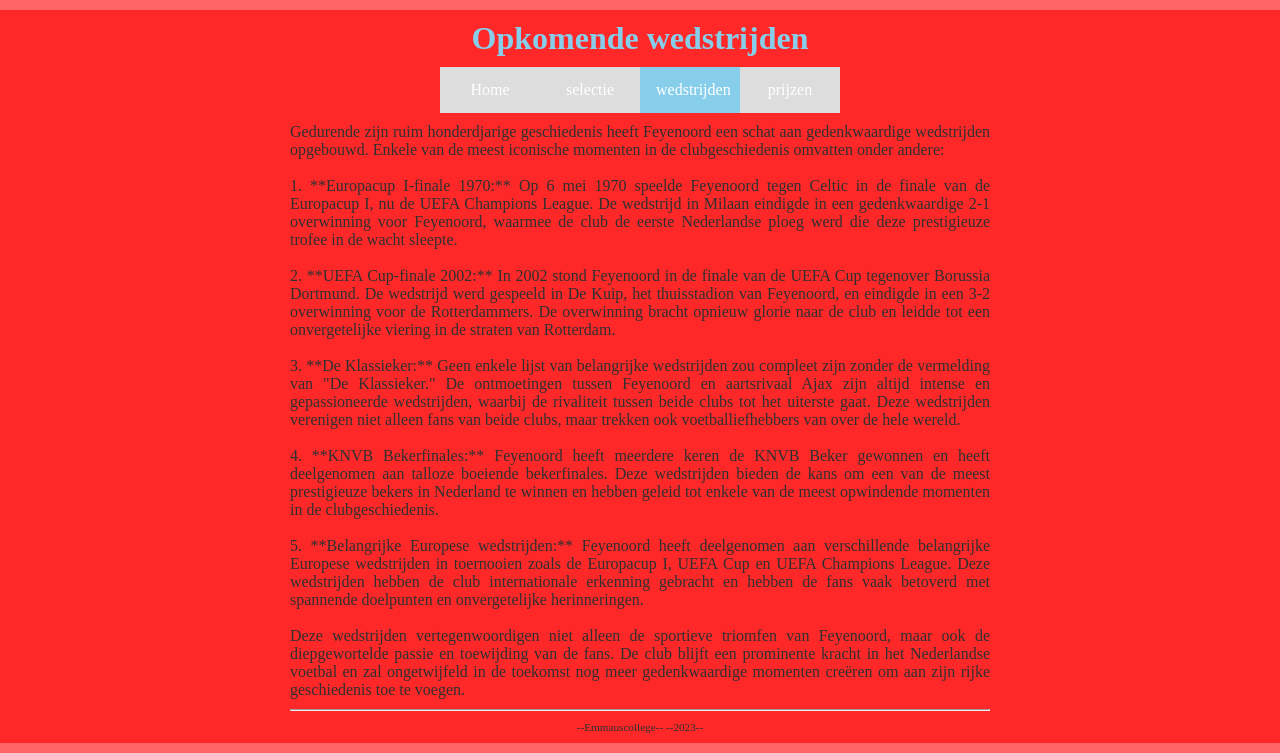
Repository: Manoize/ManoIze
Page: info.html
The author's editor kept a copy of each file at every save. The page is drawn from the files as they stood at one save, then again after the next save.
The browser window is 1280 px wide. The pictures show the whole page.

Above is the page before, as saved 2023-10-24 10:21:22.

### info.html
<!DOCTYPE html>

<html lang="nl">

<head>
  <link rel="stylesheet" href="style.css" />
  <title>Dit is een eenvoudige website</title>
  <meta charset="UTF-8" />
</head>

<body>
  <div class="page">

    <header>
      <h1>Opkomende wedstrijden</h1>
    </header>

    <nav>
      <ul>
        <li><a  href="index.html">Home</a></li>
        <li><a href="overmij.html">selectie</a></li>
        <li><a class="active" href="info.html">wedstrijden</a></li>
        <li><a href="prijzen.html">prijzen</a></li>
      </ul>
    </nav>

    <main>
      <p>Gedurende zijn ruim honderdjarige geschiedenis heeft Feyenoord een schat aan gedenkwaardige wedstrijden opgebouwd. Enkele van de meest iconische momenten in de clubgeschiedenis omvatten onder andere:<br>
        <br>
        1. **Europacup I-finale 1970:** Op 6 mei 1970 speelde Feyenoord tegen Celtic in de finale van de Europacup I, nu de UEFA Champions League. De wedstrijd in Milaan eindigde in een gedenkwaardige 2-1 overwinning voor Feyenoord, waarmee de club de eerste Nederlandse ploeg werd die deze prestigieuze trofee in de wacht sleepte.<br>
        <br>
        2. **UEFA Cup-finale 2002:** In 2002 stond Feyenoord in de finale van de UEFA Cup tegenover Borussia Dortmund. De wedstrijd werd gespeeld in De Kuip, het thuisstadion van Feyenoord, en eindigde in een 3-2 overwinning voor de Rotterdammers. De overwinning bracht opnieuw glorie naar de club en leidde tot een onvergetelijke viering in de straten van Rotterdam.<br>
        <br>
        3. **De Klassieker:** Geen enkele lijst van belangrijke wedstrijden zou compleet zijn zonder de vermelding van "De Klassieker." De ontmoetingen tussen Feyenoord en aartsrivaal Ajax zijn altijd intense en gepassioneerde wedstrijden, waarbij de rivaliteit tussen beide clubs tot het uiterste gaat. Deze wedstrijden verenigen niet alleen fans van beide clubs, maar trekken ook voetballiefhebbers van over de hele wereld.<br>
        <br>
        4. **KNVB Bekerfinales:** Feyenoord heeft meerdere keren de KNVB Beker gewonnen en heeft deelgenomen aan talloze boeiende bekerfinales. Deze wedstrijden bieden de kans om een van de meest prestigieuze bekers in Nederland te winnen en hebben geleid tot enkele van de meest opwindende momenten in de clubgeschiedenis.<br>
        <br>
        5. **Belangrijke Europese wedstrijden:** Feyenoord heeft deelgenomen aan verschillende belangrijke Europese wedstrijden in toernooien zoals de Europacup I, UEFA Cup en UEFA Champions League. Deze wedstrijden hebben de club internationale erkenning gebracht en hebben de fans vaak betoverd met spannende doelpunten en onvergetelijke herinneringen.<br>
        <br>
        Deze wedstrijden vertegenwoordigen niet alleen de sportieve triomfen van Feyenoord, maar ook de diepgewortelde passie en toewijding van de fans. De club blijft een prominente kracht in het Nederlandse voetbal en zal ongetwijfeld in de toekomst nog meer gedenkwaardige momenten creëren om aan zijn rijke geschiedenis toe te voegen.<br> </p>
    </main>

    <footer>
      <hr />
      <p class="smalltext">--Emmauscollege-- --2023--</p>
    </footer>

</div>
</body>

</html>

### style.css
/* Instellingen tussen commentaar zijn handig om fouten te helpen vinden, uncomment om aan te zetten */

/* zorg dat elke box een gestippelde rand krijgt,
   zodat je de afmeting goed kunt zien,
   letop 1: dit kan de layout soms kan wijzigen
   letop 2: laat 1 sterretje voor { staan als je commentaar weghaalt */
/*  * {border: 1px dotted black;}   */

/* zorg dat elke box een doorzichtige donkere achtergrond krijgt,
   hoe meer boxen in elkaar hoe donkerder de achtergrondkleur
   letop: laat 1 sterretje voor { staan als je commentaar weghaalt */
/*  * {background-color: rgba(0,0,0,5%);}  */

/* Basisinstellingen voor alle pagina's, alleen aanpassen als je pro wilt worden */

* {                                        /* geldt voor alles */
  box-sizing: border-box;                  /* zorg dat border meetelt bij de width en height van boxen */
  margin: 0px;                             /* standaard marge 0 */
}

html, body {                      /* geldt voor html en body */
  margin: 0px;                    /* standaard marge 0 */
  background-color: #ff00009a;    /* achtergrondkleur lichtgrijs */
  color: #303030;               /* tekstkleur donkergrijs */
}



body {

}

div {                             /* geldt voor div */
  overflow: hidden;               /* zorgt dat DIV de hoogte krijgt van wat erin zit (anders tellen de floats erin niet mee voor de hoogte en wordt dus wel eens hoogte 0) */
}

/* Indeling voor alle pagina's */

.page {
  width: 700px;                   /* vaste breedte van 700 pixels */
  margin: 10px auto;              /* boven en onder 10 pixels marge, links en rechts marge gelijk verdeeld (gecentreerd) */
}

header, footer {                  /* geldt voor header en footer */
  margin: 10px 0px;
}

main {
  text-align: justify;            /* tekst uitvullen */}

h1, h2, h3 {                      /* geldt voor h1 en h2 en h3 */
  margin: 10px 0px;
  text-align: center;             /* tekst centreren */
}

p {
  margin: 10px 0px;
  text-align: justify;            /* tekst links en rechts uitvullen */
}

img {
  margin: 10px 0px;
}

/* Indeling voor hoofd pagina */

/* .item {} */ /* hier doen we nog niks mee, dat mag je zelf toevoegen */

.item-plaatje {
  float:left;
  width:250px;
  padding-right: 15px; /* zorgt dat plaatje niet tegen tekst komt */
}
.item-tekst {
  float:right;
  width: 450px;
}

/* Indeling voor sub pagina */

/* Opmaak voor alle pagina's */

h1, h2, h3 {
      color: skyblue;
}

.smalltext {
    text-align: center;
    font-size: 0.7em;
}

a {
    color: skyblue;
    text-decoration: none;
}

a:hover {
    text-decoration: underline;
}

/* Opmaak voor sub pagina's */

/* Navigatiebalk voor alle pagina's */
nav ul {
    list-style-type: none;
    margin: auto;
    padding: 0;
    width: 400px;
    background-color: #dddddd;
    overflow: hidden;
}

nav ul li {
    float: left;

}

nav li a {
    display: block;
    color: white;
    text-align: center;
    padding: 14px 16px;
    width: 100px;
    text-decoration: none;
}

nav li a:hover {
    background-color: #aaaaaa;
}

nav li a.active {
    background-color: skyblue;
}

After the next save:
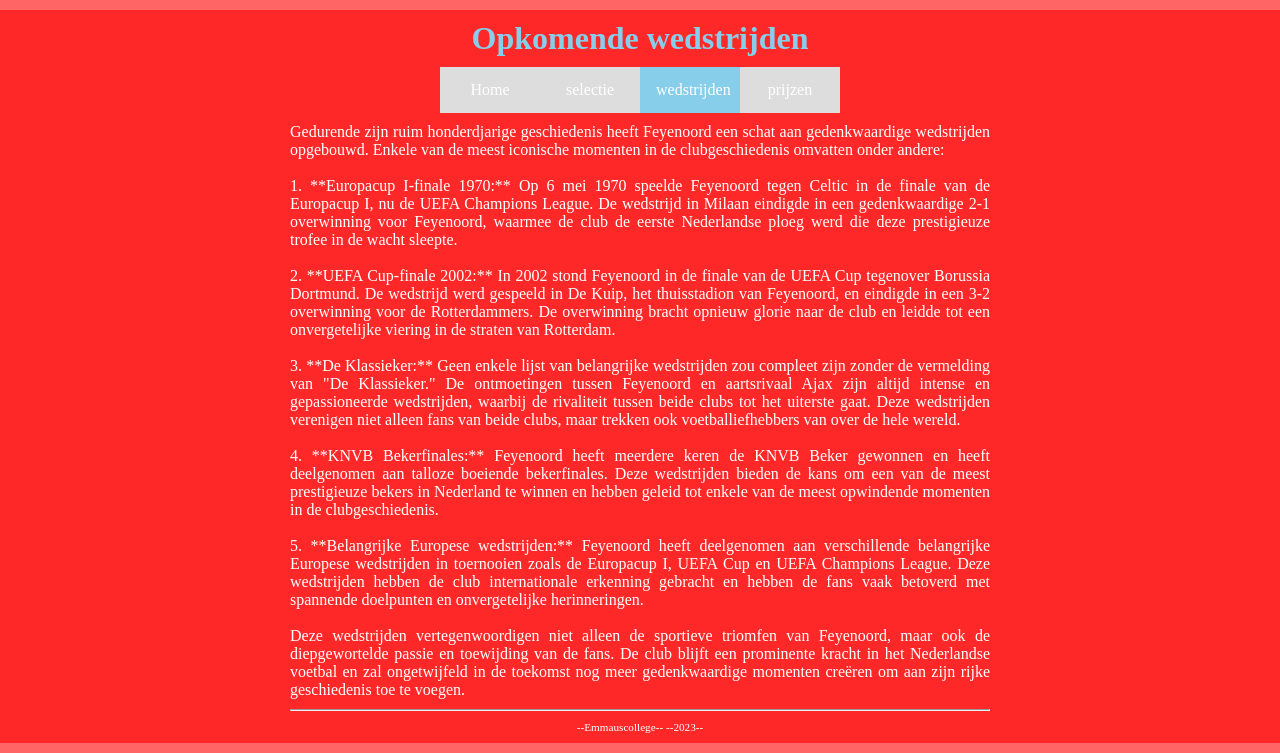
Saved 12 s later.
--- a/style.css
+++ b/style.css
@@ -21,7 +21,7 @@
 html, body {                      /* geldt voor html en body */
   margin: 0px;                    /* standaard marge 0 */
   background-color: #ff00009a;    /* achtergrondkleur lichtgrijs */
-  color: #303030;               /* tekstkleur donkergrijs */
+  color: #ffffff;               /* tekstkleur donkergrijs */
 }
 
 
